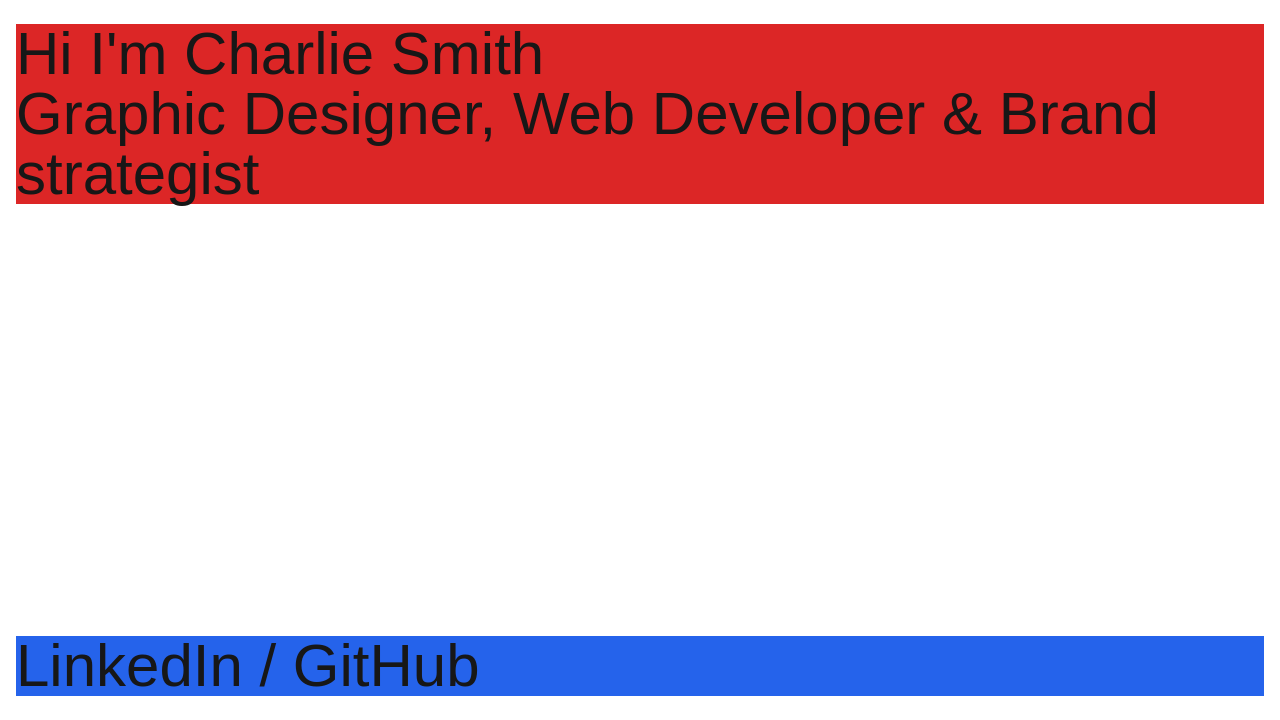
Repository: charlehs/portfolio
Page: /
These files come from the project's save history. The page is drawn as it stood at one moment and after the next save; the edit follows.
The browser window is 1280 px wide. The pictures show the whole page.
The project was rebuilt for these pictures with package versions that can differ from the ones it lists, and the page was loaded fresh each time. The framework's server and built-in components were replaced by stand-ins that run in the browser. Also part of the build but not shown: next.config.ts.

Above is the page before, as saved 2025-01-02 16:48:45.

After the next save:
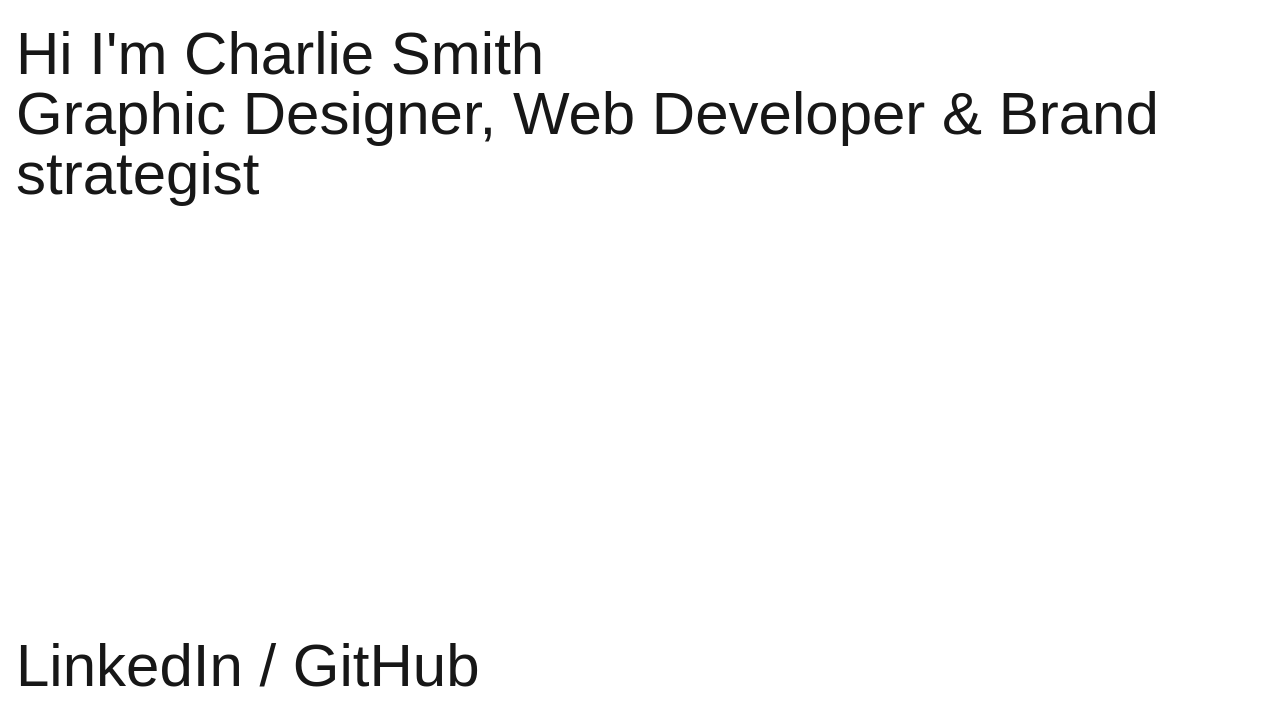
Saved 10 s later.
--- a/app/page.tsx
+++ b/app/page.tsx
@@ -3,7 +3,7 @@ import Image from "next/image";
 export default function Home() {
   return (
     <div className="px-4 py-6 flex flex-col justify-between h-screen ">
-      <main className=" bg-red-600">
+      <main className=" ">
         <p className=" text-6xl">
           Hi I'm Charlie Smith
           <br />{" "}
@@ -12,7 +12,7 @@ export default function Home() {
           </span>
         </p>
       </main>
-      <footer className=" bg-blue-600">
+      <footer className=" ">
         <p className=" text-6xl">LinkedIn / GitHub</p>
       </footer>
     </div>
